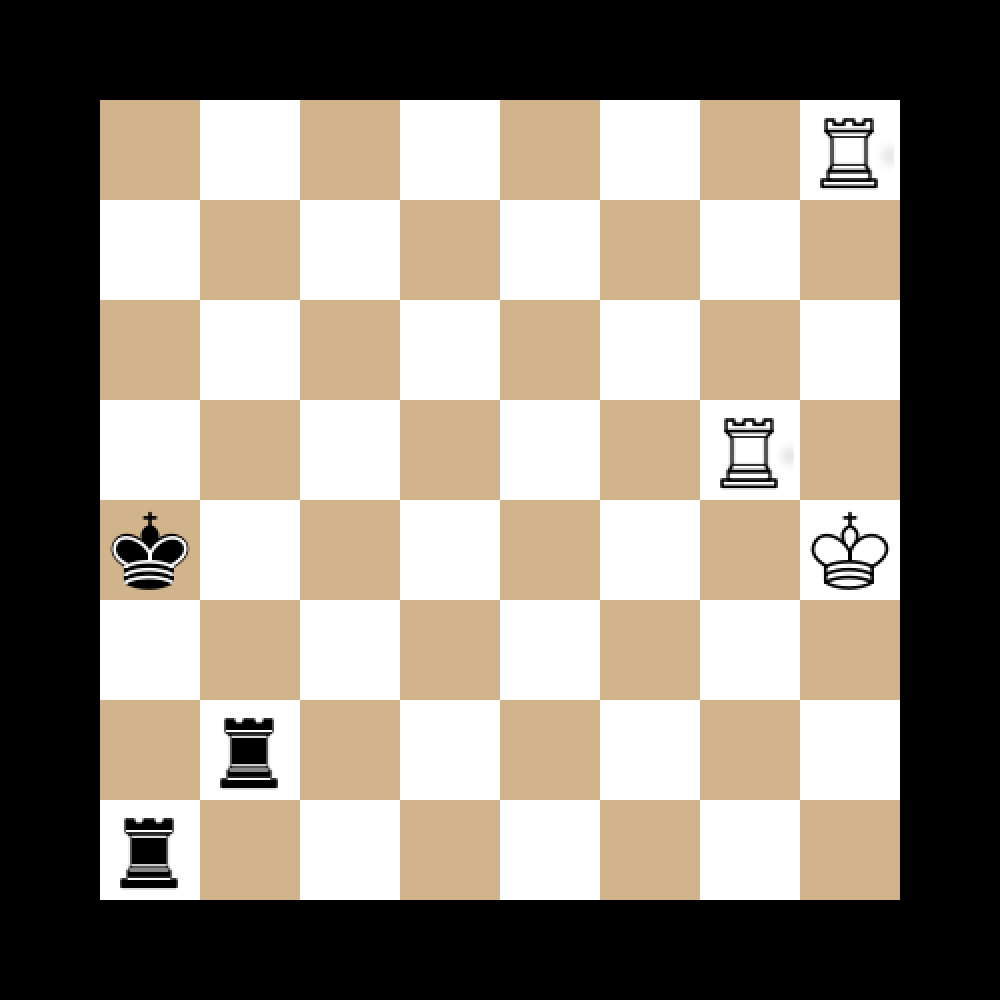
Repository: a-longe/capstone
Script's output: python engine/drag_n_drop_test.py
The author's editor kept a copy of each file at every save. The script's output is drawn from the files as they stood at one save, then again after the next save.
The window is shown after at most 60 frames with no key pressed. Random numbers start from a fixed seed. It also reads engine/images/bK.png, engine/images/bR.png, engine/images/wK.png, engine/images/wR.png.

Above is the script's output before, as saved 2023-12-13 18:33:54.

### engine/drag_n_drop_test.py
import os
import sys
import pygame as pg
import math

Cord = tuple[int, int]
TOP_LEFT = 100
BOTTOM_RIGHT = 900
SQUARE_SIZE = 100
SCREEN_SIZE = 1000

RECT_DATA = 0
GLYPH = 1

def is_even(n):
    return 0 == n % 2


def is_odd(n):
    return 1 == n % 2

def black_square(surface, image, rect):
    image.fill((210, 180, 140))
    surface.blit(image, rect)


def white_square(surface, image, rect):
    image.fill((255, 255, 255))
    surface.blit(image, rect)

def get_snap_cords(x, y) -> Cord:
    return (math.floor(x / SQUARE_SIZE) * SQUARE_SIZE,
            math.floor(y / SQUARE_SIZE) * SQUARE_SIZE)

def fen_to_pieces(fen) -> list[tuple[tuple[int, int, int, int], str]]:
    lo_pieces = []
    pieces = fen.split(' ')[0]
    rows = pieces.split('/')
    r_i = 0
    for row in rows:
        c_i = 0
        for char in row:
            if char.isdigit():
                c_i += int(char) - 1
            else:
                lo_pieces.append(((r_i * SQUARE_SIZE + SQUARE_SIZE,
                                   c_i * SQUARE_SIZE + SQUARE_SIZE,
                                    SQUARE_SIZE, SQUARE_SIZE), char))
            c_i += 1
        r_i += 1
    return lo_pieces


IMAGE_DIR = os.path.join(os.path.dirname(os.path.abspath(__file__)), 'images')

def get_piece_img(glyph:str) -> pg.Surface:
    if glyph.isupper():
        color = 'w'
    else:
        color = 'b'
    piece_type = glyph.upper()
    return pg.image.load(os.path.join(IMAGE_DIR, f"{color}{piece_type}.png"))


square_coords = [[i, j] for i in range(TOP_LEFT, BOTTOM_RIGHT, SQUARE_SIZE) \
                for j in range(TOP_LEFT, BOTTOM_RIGHT, SQUARE_SIZE)]


class Piece:
    # A Piece object needs to know about the Board because its behaviour
    # depends on the location of other Piece objects--only the Board knows
    # about them--that's why Board is an argument. It also needs to know its
    # dimensions, so we pass them in rect
    def __init__(self, Board, rect, glyph):
        self.board = Board
        self.rect = pg.Rect(rect)
        self.previous_center = self.rect.center
        # a Piece object has a click attribute that is true if the
        # left mouse button is down and on top of the Piece
        self.click = False
        self.image = pg.transform.scale(get_piece_img(glyph), (SQUARE_SIZE,
                                                               SQUARE_SIZE))
        self.is_white = glyph.islower()

    # Check that the player has been selected and that the mouse will
    # not cause the player to bleed out of bounds.

    # To deal with collisions, save current position, and then move
    # the player to the mouse position. If there is a collision, then
    # move the rectangle back to the previous position.

    # Regardless, draw the player
    def update(self):
        if (self.click):
            self.rect.center = pg.mouse.get_pos()
        self.board.surface.blit(self.image, self.rect)

    def snap_to_square(self) -> None:
        if self.board.mouse_inside_bounds():
            player_cords = (self.rect.center[0], self.rect.center[1])
            self.rect.topleft = get_snap_cords(*player_cords)




class Board:
    # Each position corresponds to the arguments needed to instantiate
    # the PyGame.Rect class: (x, y, width, height) corresponding to a player

    # The Board class updates itself by asking the players to paint themselves.

    # It has a number of methods that exist so other parts of the program can
    # inquire about the current state of the board
    def __init__(self, positions):
        self.surface = pg.display.set_mode((SCREEN_SIZE, SCREEN_SIZE))
        self.players = []
        for piece_data in positions:
            self.players.append(Piece(self, piece_data[RECT_DATA],
                                    piece_data[GLYPH]))

    def clear_surface(self):
        self.surface.fill(0)

    def get_players(self):
        return self.players

    def set_players(self, players):
        self.players = players

    def mouse_inside_bounds(self):
        # hard-coded numbers should be fixed
        x, y = pg.mouse.get_pos()
        return (x > TOP_LEFT and x < BOTTOM_RIGHT and
                y > TOP_LEFT and y < BOTTOM_RIGHT)

    def collisions(self, a_player):
        rects = [player.rect for player in self.get_players()]
        target_rects = [rect for rect in rects if rect != a_player.rect]
        return a_player.rect.collidelistall(target_rects)

    def display_grid(self):
        # print("I should be displaying...")
        for x, y in square_coords:
            row = x / 100
            column = y / 100
            rect = pg.Rect([x, y, 100, 100])
            image = pg.Surface(rect.size).convert()
            if not (is_odd(row) ^ is_odd(column)):
                black_square(self.surface, image, rect)
            else:
                white_square(self.surface, image, rect)

    def del_piece(self, piece):
        all_pieces = self.get_players()
        all_pieces.pop(all_pieces.index(piece))
        self.set_players(all_pieces)


    def update_board(self):
        self.clear_surface()
        self.display_grid()
        for player in self.get_players():
            player.update()


def main(Board):
    # listen for events and update board in response to them
    game_event_loop(Board)
    Board.update_board()


# Notice that the event loop has been given its own function. This makes
# the program easier to understand.
def game_event_loop(Board):
    for event in pg.event.get():
        if event.type == pg.MOUSEBUTTONDOWN:
            for player in Board.get_players():
                # The event positions is the mouse coordinates
                if player.rect.collidepoint(event.pos):
                    if not player.click:
                        # store current center
                        player.previous_center = player.rect.center
                    player.click = True
        elif event.type == pg.MOUSEBUTTONUP:
            for player in Board.get_players():
                if player.click:
                    # if valid location and is legal move()
                    if player.board.mouse_inside_bounds() and True:
                        # does player collide with another player
                        colliding_piece = [piece_2 for piece_2 in player.rect.collideobjectsall(player.board.get_players()) if piece_2.rect.collidepoint(pg.mouse.get_pos())]
                        colliding_piece.remove(player)
                        print(colliding_piece)
                        if not colliding_piece:
                            # if not colliding with any piece
                            player.snap_to_square()
                        elif player.is_white != colliding_piece[0].is_white:
                            # if colliding with piece with different colour
                            # delete player from player_list and then snap
                            Board.del_piece(colliding_piece[0])
                            player.snap_to_square()
                        else:
                            player.rect.center = player.previous_center
                    # else set cords to last square
                    else:
                        player.rect.center = player.previous_center
                player.click = False
        elif event.type == pg.QUIT:
            pg.quit()
            sys.exit()


if __name__ == "__main__":
    os.environ['SDL_VIDEO_CENTERED'] = '1'
    pg.init()
    MyBoard = Board(fen_to_pieces('4k2r/6r1/8/8/8/8/3R4/R3K3 w Qk - 0 1'))
    MyClock = pg.time.Clock()
    while True:
        main(MyBoard)
        pg.display.update()
        MyClock.tick(60)

After the next save:
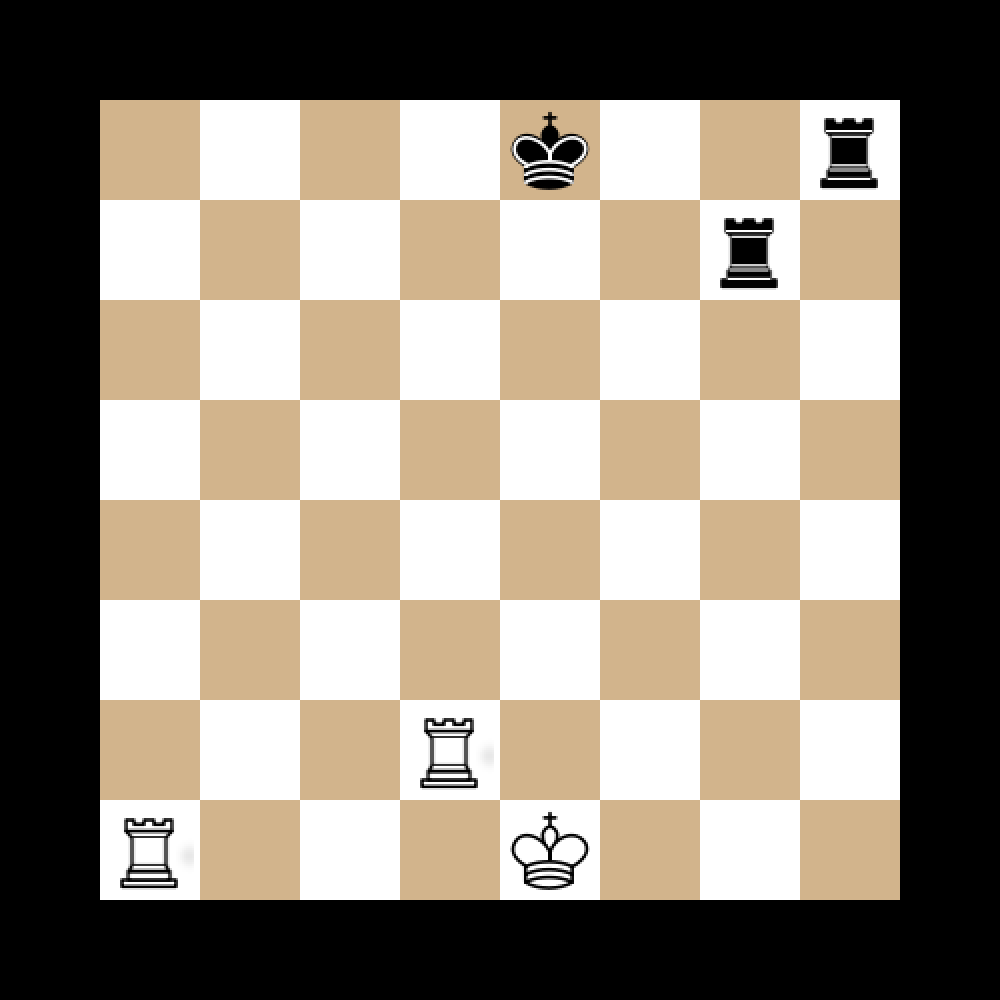
Saved 31 s later.
--- a/engine/drag_n_drop_test.py
+++ b/engine/drag_n_drop_test.py
@@ -43,8 +43,8 @@ def fen_to_pieces(fen) -> list[tuple[tuple[int, int, int, int], str]]:
             if char.isdigit():
                 c_i += int(char) - 1
             else:
-                lo_pieces.append(((r_i * SQUARE_SIZE + SQUARE_SIZE,
-                                   c_i * SQUARE_SIZE + SQUARE_SIZE,
+                lo_pieces.append(((c_i * SQUARE_SIZE + SQUARE_SIZE,
+                                   r_i * SQUARE_SIZE + SQUARE_SIZE,
                                     SQUARE_SIZE, SQUARE_SIZE), char))
             c_i += 1
         r_i += 1
